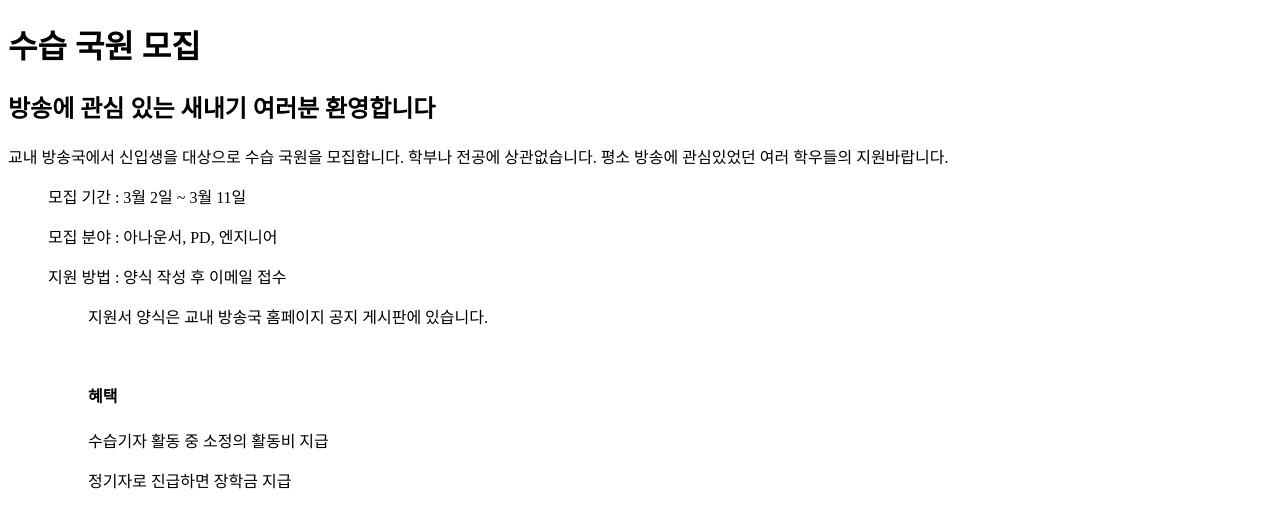
Repository: WonSeungUn/VSCODE
Page: web_work/Html/WebContent/h_mission.html
The author's editor kept a copy of each file at every save. The page is drawn from the files as they stood at one save, then again after the next save.
The browser window is 1280 px wide. The pictures show the whole page.

Above is the page before, as saved 2024-07-08 05:13:26.

After the next save:
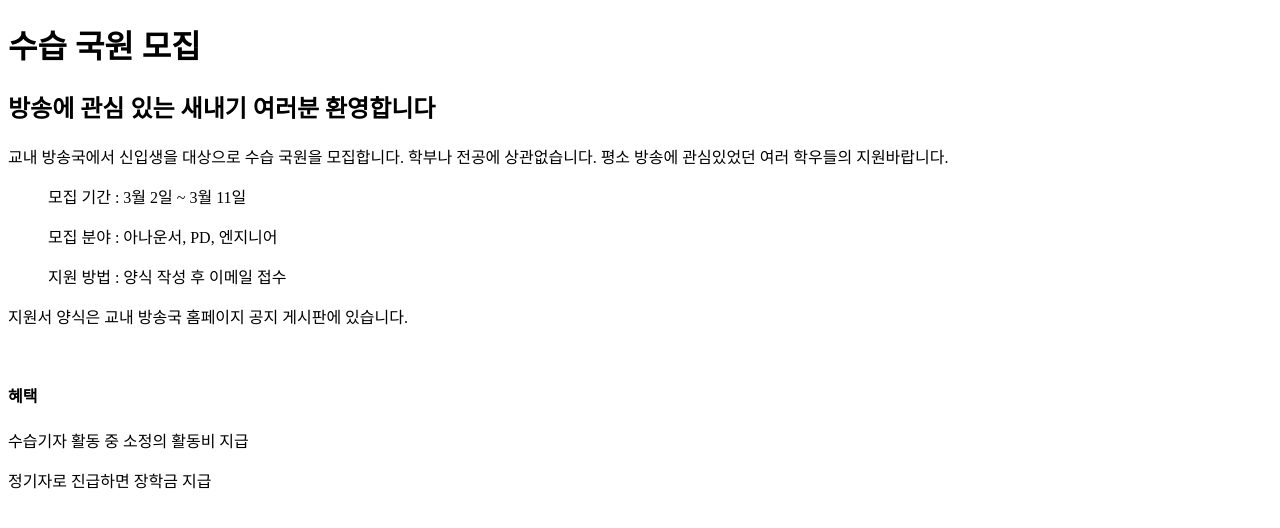
Saved 6 s later.
--- a/web_work/Html/WebContent/h_mission.html
+++ b/web_work/Html/WebContent/h_mission.html
@@ -15,7 +15,7 @@
 
 <ul>모집 기간 : <time>3월 2일 ~ 3월 11일</time></ul>
 <ul>모집 분야 : 아나운서, PD, 엔지니어</ul>
-<ul>지원 방법 : 양식 작성 후 이메일 접수<ul>
+<ul>지원 방법 : 양식 작성 후 이메일 접수</ul>
 <p>지원서 양식은 교내 방송국 홈페이지 공지 게시판에 있습니다.<p>
 <br>
 
